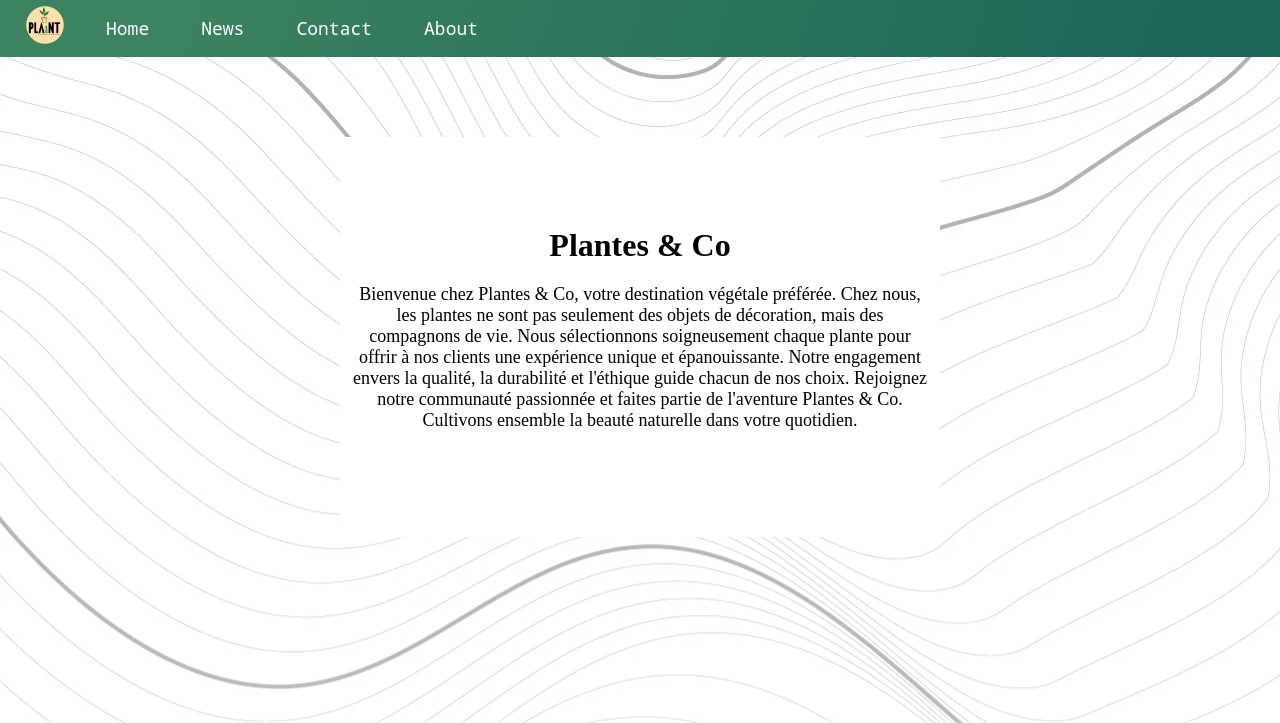
Repository: Flexo874/ISITECH-HTML-CSS
Page: about.html
An editor plug-in stored every save of this project. The page is shown before and after the next save, followed by the edit.
The browser window is 1280 px wide. The pictures show the whole page.

Above is the page before, as saved 2024-01-04 17:11:22.

After the next save:
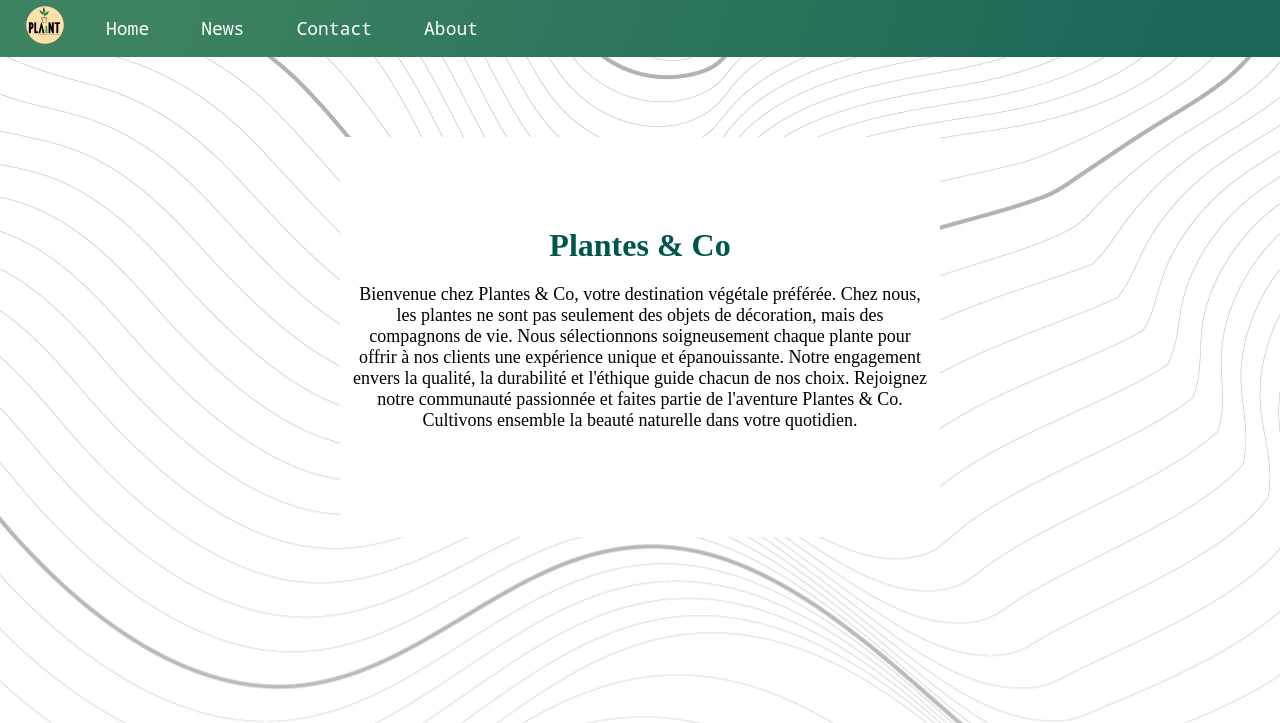
Saved 37 s later.
--- a/about.css
+++ b/about.css
@@ -86,6 +86,7 @@
     margin-bottom: 20px;
     font-family: 'Exo 2', sans-serif;
     font-family: 'Macondo', cursive;
+    color:#00564B;
   }
   .comment p{
     text-align: center;
